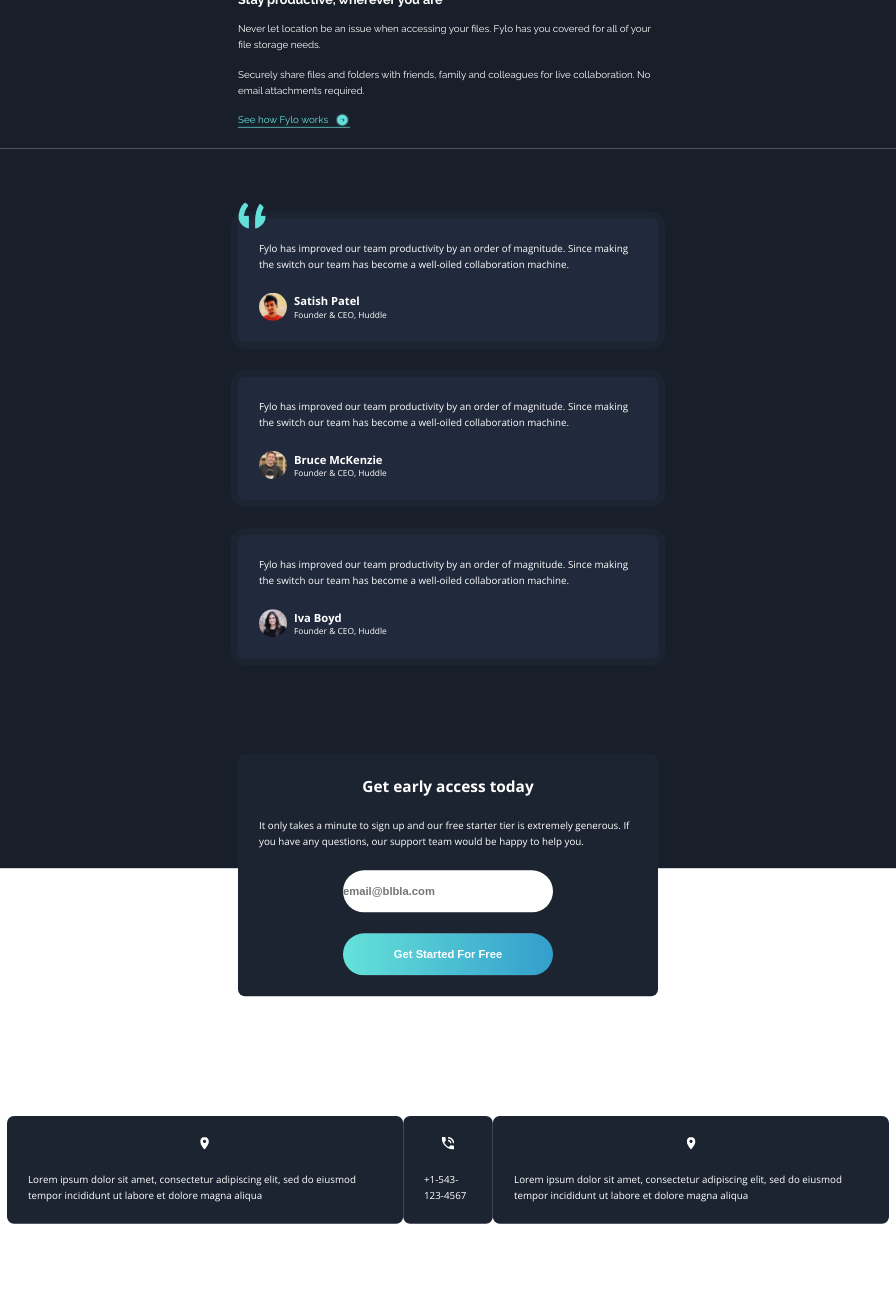
Repository: tomas938/fylo-dark-theme-landing-page-master
Page: index.html
These files come from the project's save history. The page is drawn as it stood at one moment and after the next save; the edit follows.
The browser window is 1280 px wide. The pictures show the part of the page from y = 2455 to 4375 px (the page is 4305 px tall before and 4375 px after), at 70% of full size.
The style sheet was rebuilt from its Sass, Less or Tailwind sources for each picture, by a compiler version that may differ from the author's.

Above is the page before, as saved 2021-08-05 17:16:10.

### index.html
<!DOCTYPE html>
<html lang="en">
	<head>
		<meta charset="UTF-8" />
		<meta name="viewport" content="width=device-width, initial-scale=1.0" />
		<link
			rel="icon"
			type="image/png"
			sizes="32x32"
			href="./images/favicon-32x32.png"
		/>
		<title>
			Frontend Mentor | Fylo landing page with dark theme and features grid
		</title>
		<link rel="stylesheet" href="/scss/main.css" />
	</head>
	<body>
		<section class="intro">
			<nav class="intro__navigation">
				<img src="/images/logo.svg" alt="" />
				<ul class="intro__navigation__links">
					<li><a href="#">Features</a></li>
					<li><a href="#">Team</a></li>
					<li><a href="#">Sign In</a></li>
				</ul>
			</nav>
			<div class="intro__description">
				<img class="bg-image" src="/images/illustration-intro.png" alt="" />
				<h1>All your files in one secure location, accessible anywhere.</h1>
				<p>
					Fylo stores all your most important files in one secure location.
					Access them wherever you need, share and collaborate with friends
					family, and co-workers.
				</p>
				<button class="blue-rounded">Get Started</button>
			</div>
		</section>
		<section class="about">
			<div class="about__item">
				<img src="/images/icon-access-anywhere.svg" class="icon"></img>
				<h3>Access your files, anywhere</h3>
				<p>
					The ability to use a smartphone, tablet, or computer to access your
					account means your files follow you everywhere.
				</p>
			</div>
			<div class="about__item">
				<img src="/images/icon-security.svg" class="icon"></img>
				<h3>Security you can trust</h3>
				<p>
					2-factor authentication and user-controlled encryption are just a
					couple of the security features we allow to help secure your files.
				</p>
			</div>
			<div class="about__item">
				<img src="/images/icon-collaboration.svg" class="icon"></img>
				<h3>Real-time collaboration</h3>
				<p>
					Securely share files and folders with friends, family and colleagues
					for live collaboration. No email attachments required.
				</p>
			</div>
			<div class="about__item">
				<img src="/images/icon-any-file.svg" class="icon"></img>
				<h3>Store any type of file</h3>
				<p>
					Whether you're sharing holidays photos or work documents, Fylo has you
					covered allowing for all file types to be securely stored and shared.
				</p>
			</div>
		</section>
    <section class="informations">
      <div class="informations__image">
        <img src="/images/illustration-stay-productive.png" alt="">
      </div>
      <div class="informations__content">
        <h4>Stay productive, wherever you are</h4>
        <p> Never let location be an issue when
		accessing your files. Fylo has you covered for all of your file storage
		needs.</p>
        <p> Securely share files and folders with friends, family and colleagues
		for live collaboration. No email attachments required.</p>
        <div class="link">
          <a href="#"> See how Fylo works</a>
          <img src="/images/icon-arrow.svg" alt="">
        </div>
      </div>
    </section>
    <section class="testimonials">
      <div class="testimonials__item">
        <img class="quotes" src="/images/bg-quotes.png" alt="">
        <p>	Fylo has improved our team productivity by an order of magnitude. Since
		making the switch our team has become a well-oiled collaboration machine.</p>
      <div class="person">
        <img src="/images/profile-1.jpg" alt="">
        <div class="person__information">
          <h4>	Satish Patel </h4>
          <h5> Founder & CEO, Huddle</h5>
        </div>
      </div>
      </div>
      <div class="testimonials__item">
        <p>	Fylo has improved our team productivity
		by an order of magnitude. Since making the switch our team has become a
		well-oiled collaboration machine.</p>
      <div class="person">
        <img src="/images/profile-2.jpg" alt="">
        <div class="person__information">
          <h4>Bruce McKenzie </h4>
          <h5> Founder & CEO, Huddle</h5>
        </div>
      </div>
      </div>
      <div class="testimonials__item">
        <p>	Fylo has improved our team productivity
		by an order of magnitude. Since making the switch our team has become a
		well-oiled collaboration machine.</p>
      <div class="person">
        <img src="/images/profile-3.jpg" alt="">
        <div class="person__information">
          <h4>	Iva Boyd </h4>
          <h5> Founder & CEO, Huddle</h5>
        </div>
      </div>
      </div>
    </section >
	<section class="contact">
		<div class="contact__item">
			<h3>Get early access today</h3>
			<p>	 It only takes a minute to sign
		  up and our free starter tier is extremely generous. If you have any
		  questions, our support team would be happy to help you.</p>
		  <input type="text" placeholder="email@blbla.com">
		  <button class="blue-rounded ">Get Started For Free</button>
		</div>
	</section>
	<footer class="footer">
		<img src="/images/logo.svg" alt="">
		<div class="contact">
			<div class="contact__item">
				<img src="/images/icon-location.svg" alt="">
				<p>Lorem ipsum dolor sit amet, consectetur adipiscing elit, sed do eiusmod
		tempor incididunt ut labore et dolore magna aliqua</p>
			</div>
			<div class="contact__item">
				<img src="/images/icon-phone.svg" alt="">
				<p> +1-543-123-4567</p>
			</div>
			<div class="contact__item">
				<img src="/images/icon-location.svg" alt="">
				<p>Lorem ipsum dolor sit amet, consectetur adipiscing elit, sed do eiusmod
		tempor incididunt ut labore et dolore magna aliqua</p>
			</div>
		</div>
	</footer>

		example@fylo.com About Us Jobs Press Blog Contact Us Terms Privacy


	</body>
</html>

### scss/main.scss
@import "./_partials/variables";
@import "./_partials/_reset";
@import "./_partials/_intro";
@import "./_partials/_about";
@import "./_partials/_informations";
@import "./_partials/_testimonials";
@import "./_partials/_contact";

### scss/_partials/_variables.scss
// COLORS //

// ### Primary //

$intro-bg: hsl(217, 28%, 15%); // intro email sign up
$main-bg: hsl(218, 28%, 13%);
$footer-bg: hsl(216, 53%, 9%);
$testimonials-bg: hsl(219, 30%, 18%);

// ### Accent //

$cayn: hsl(176, 68%, 64%); //(inside call-to-action gradient)//
$blue: hsl(198, 60%, 50%); //(inside call-to-action gradient)//
$error: hsl(0, 100%, 63%);

// ### Neutral //

$white: hsl(0, 0%, 100%);

// FONTS //

// ### Headings, Call-to-actions, Header Navigation //

@import url("https://fonts.googleapis.com/css2?family=Raleway:wght@400;700&display=swap");

$heading-font: "Raleway", sans-serif;
$heading-light: 400;
$heading-bold: 700;

// ### Body //

@import url("https://fonts.googleapis.com/css2?family=Open+Sans:wght@400;700&family=Raleway:wght@400;700&display=swap");

$body-font: "Open Sans", sans-serif;
$body-light: 400;
$body-bold: 700;

// Button
.blue-rounded {
	max-width: 30rem;
	font-size: 1.6rem;
	font-weight: $heading-bold;
	border: none;
	outline: none;
	color: $white;
	background-image: linear-gradient(to right, $cayn, $blue);
	border-radius: 3rem;
	height: 6rem;
	width: 100%;
}

### scss/_partials/_reset.scss
* {
	margin: 0;
	padding: 0;
	box-sizing: border-box;
}
body {
	color: $white;
	font-family: $body-font;
}
html {
	font-size: 62.5%;
	// @media only screen and (max-width: 375px) {
	// 	font-size: 92.5%;
	// }
}
a {
	text-decoration: none;
}
li {
	list-style: none;
}

### scss/_partials/_intro.scss
.intro {
	background-color: $intro-bg;
	font-family: $heading-font;
	background-image: url(/images/bg-curvy-mobile.svg);
	background-repeat: no-repeat;
	background-position: bottom;
	background-size: 150% 50%;

	&__navigation {
		padding: 3rem 2rem;
		display: flex;
		justify-content: space-between;
	}
	img {
		width: 10rem;
		height: 2.95rem;
	}

	&__navigation__links {
		display: flex;
		align-items: center;
	}
	li:not(:last-child) {
		margin-right: 2.2rem;
	}
	a {
		color: $white;
		font-weight: $heading-light;
		font-size: 1.4rem;
	}
	&__description {
		max-width: 60rem;
		padding: 3rem;
		margin: auto;
		display: flex;
		flex-direction: column;
		align-items: center;
		grid-gap: 2rem;
	}
	.bg-image {
		width: 100%;
		height: 100%;
	}
	h1 {
		font-size: 2.5rem;
		text-align: center;
		line-height: 3.5rem;
	}
	p {
		font-size: 1.4rem;
		line-height: 2.3rem;
		text-align: center;
	}
}

### scss/_partials/_about.scss
.about {
	display: grid;
	grid-template-columns: 1fr;
	justify-items: center;
	grid-gap: 5rem;
	background-color: $main-bg;
	font-family: $heading-font;
	padding: 5rem 0;
	&__item {
		max-width: 35rem;
		display: flex;
		flex-direction: column;
		align-items: center;
		justify-content: center;
		padding: 0 1.5rem;
		grid-gap: 1rem;
	}
	.icon {
		margin-bottom: 3rem;
	}
	h3 {
		font-size: 2.2rem;
	}
	p {
		font-size: 1.4rem;
		line-height: 2.3rem;
	}
	h3,
	p {
		text-align: center;
	}
}

### scss/_partials/_informations.scss
.informations {
	display: flex;
	flex-direction: column;
	justify-content: center;
	align-items: center;
	grid-gap: 3rem;
	font-family: $heading-font;
	background-color: $main-bg;
	padding: 3rem;
	&__image {
		img {
			width: 100%;
		}
	}
	&__content {
		max-width: 60rem;

		display: flex;
		flex-direction: column;
		grid-gap: 2rem;
	}
	h3 {
		text-align: center;
	}

	h4 {
		font-size: 1.8rem;
	}
	p {
		font-size: 1.4rem;
		line-height: 2.3rem;
		text-align: left;
	}
	.link {
		display: flex;
		align-items: center;
		justify-content: flex-start;
		border-bottom: 1px solid $cayn;
		width: 16rem;
		a {
			font-size: 1.4rem;
			color: $cayn;
		}
		img {
			margin-left: 1rem;
			height: 2rem;
		}
	}
}

### scss/_partials/_testimonials.scss
.testimonials {
	background-color: $main-bg;
	display: flex;
	flex-direction: column;
	align-items: center;
	grid-gap: 5rem;
	padding: 10rem 4rem 30rem 4rem;
	position: relative;
	&__item {
		max-width: 60rem;
		background-color: $testimonials-bg;
		border-radius: 1rem;
		box-shadow: 0px 0px 0px 10px $intro-bg;
		padding: 3rem;
		display: flex;
		flex-direction: column;
		grid-gap: 3rem;
		position: relative;
		.quotes {
			position: absolute;
			top: -2.5rem;
			left: 0;
		}
	}
	.person {
		display: flex;
		align-items: center;
		grid-gap: 1rem;
	}
	img {
		border-radius: 50%;
		width: 4rem;
		height: 4rem;
	}
	p {
		font-size: 1.4rem;
		line-height: 2.3rem;
	}
	h4 {
		font-size: 1.6rem;
	}
	h5 {
		font-size: 1.2rem;
		font-weight: $heading-light;
	}
}

### scss/_partials/_contact.scss
.contact {
	display: flex;
	justify-content: center;
	padding: 1rem;
	.contact__item {
		transform: translateY(-50%);
		background-color: $intro-bg;
		padding: 3rem;
		border-radius: 1rem;
		max-width: 60rem;
		display: flex;
		flex-direction: column;
		align-items: center;
		grid-gap: 3rem;
	}
	h3 {
		font-size: 2.2rem;
	}
	p {
		font-size: 1.4rem;
		line-height: 2.3rem;
	}
	input {
		max-width: 30rem;
		font-size: 1.6rem;
		font-weight: $heading-bold;
		border: none;
		outline: none;
		color: $white;
		border-radius: 3rem;
		height: 6rem;
		width: 100%;
	}
}

After the next save:
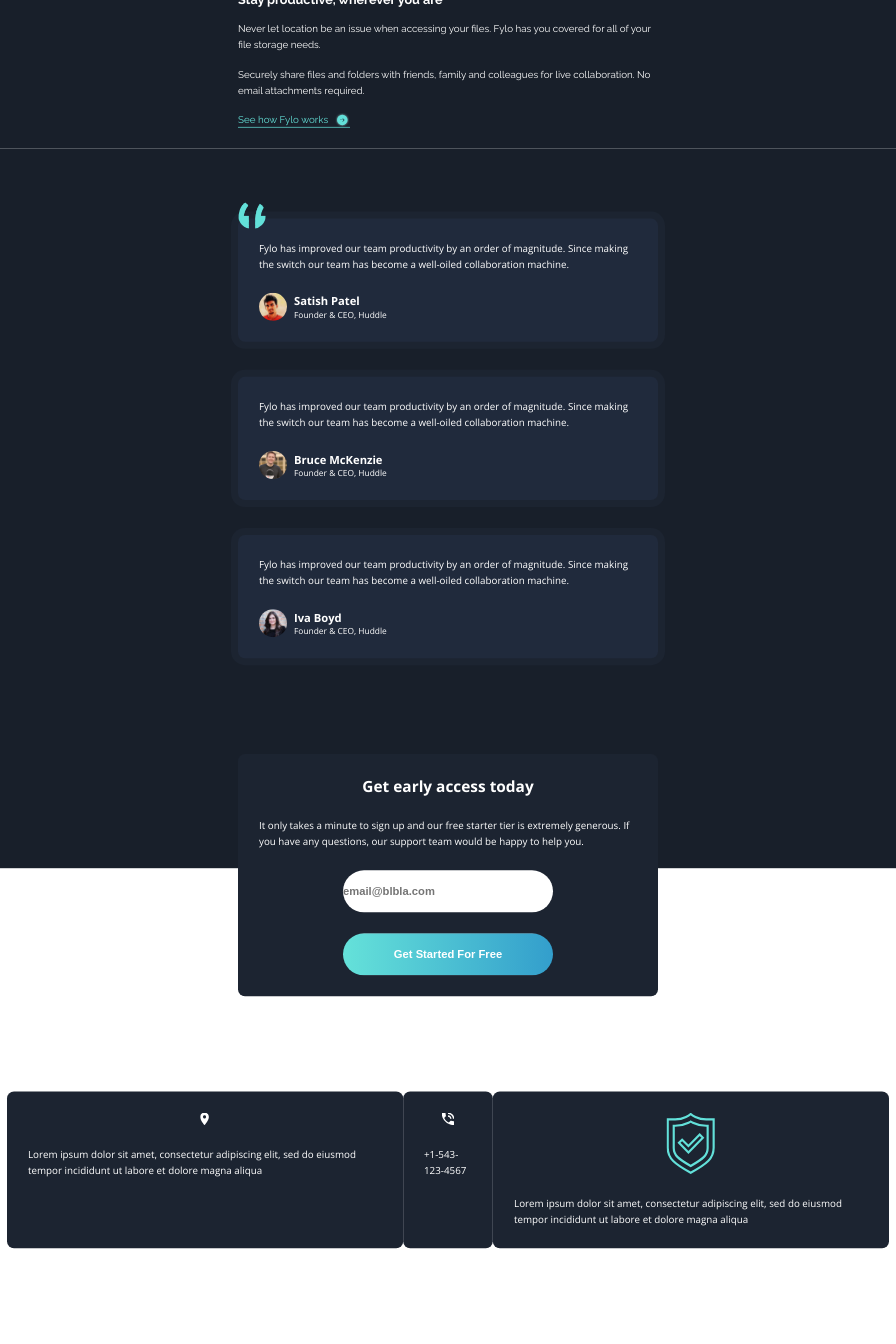
Saved 13 s later.
--- a/index.html
+++ b/index.html
@@ -147,7 +147,7 @@
 				<p> +1-543-123-4567</p>
 			</div>
 			<div class="contact__item">
-				<img src="/images/icon-location.svg" alt="">
+				<img src="/images/icon-security.svg" alt="">
 				<p>Lorem ipsum dolor sit amet, consectetur adipiscing elit, sed do eiusmod
 		tempor incididunt ut labore et dolore magna aliqua</p>
 			</div>

After the save that followed:
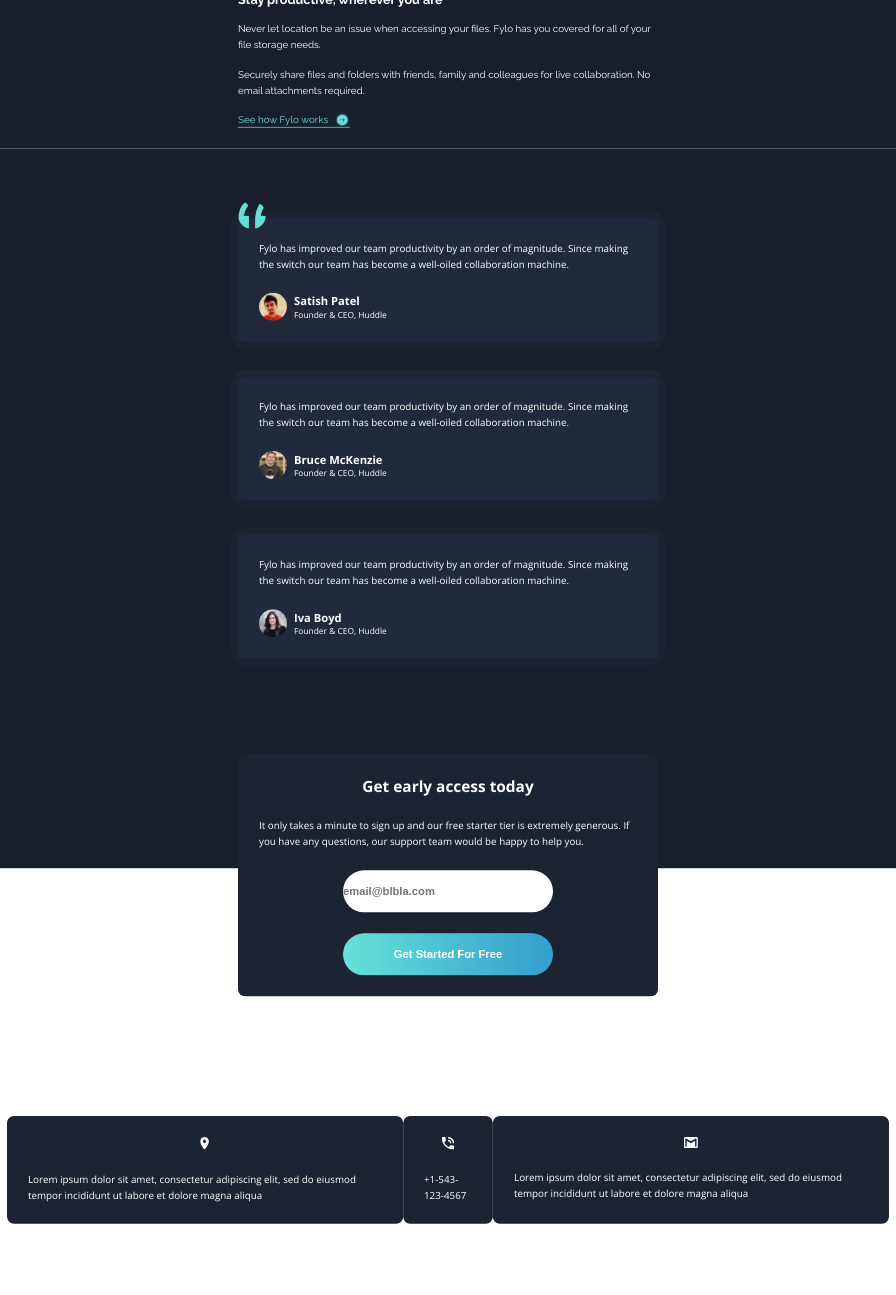
Saved 11 s later.
--- a/index.html
+++ b/index.html
@@ -147,7 +147,7 @@
 				<p> +1-543-123-4567</p>
 			</div>
 			<div class="contact__item">
-				<img src="/images/icon-security.svg" alt="">
+				<img src="/images/icon-email.svg" alt="">
 				<p>Lorem ipsum dolor sit amet, consectetur adipiscing elit, sed do eiusmod
 		tempor incididunt ut labore et dolore magna aliqua</p>
 			</div>
